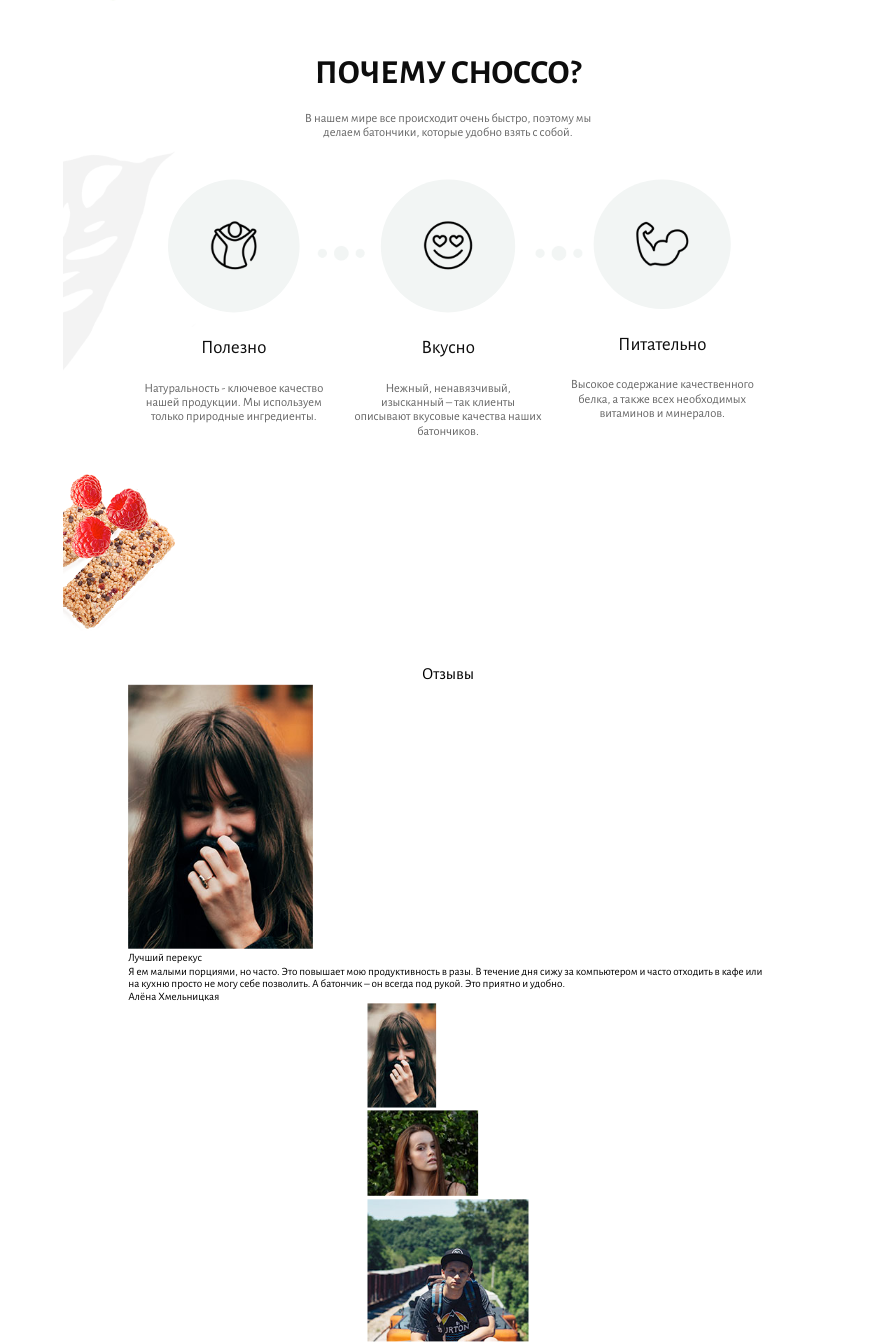
Repository: JohnnyBravo85/LoftSchool-CHOCCO
Page: index.html
The author's editor kept a copy of each file at every save. The page is drawn from the files as they stood at one save, then again after the next save.
The browser window is 1280 px wide. The pictures show the part of the page from y = 726 to 2646 px (the page is 2646 px tall before and 2622 px after), at 70% of full size.
The style sheet was rebuilt from its Sass, Less or Tailwind sources for each picture, by a compiler version that may differ from the author's.

Above is the page before, as saved 2019-05-04 20:07:03.

After the next save:
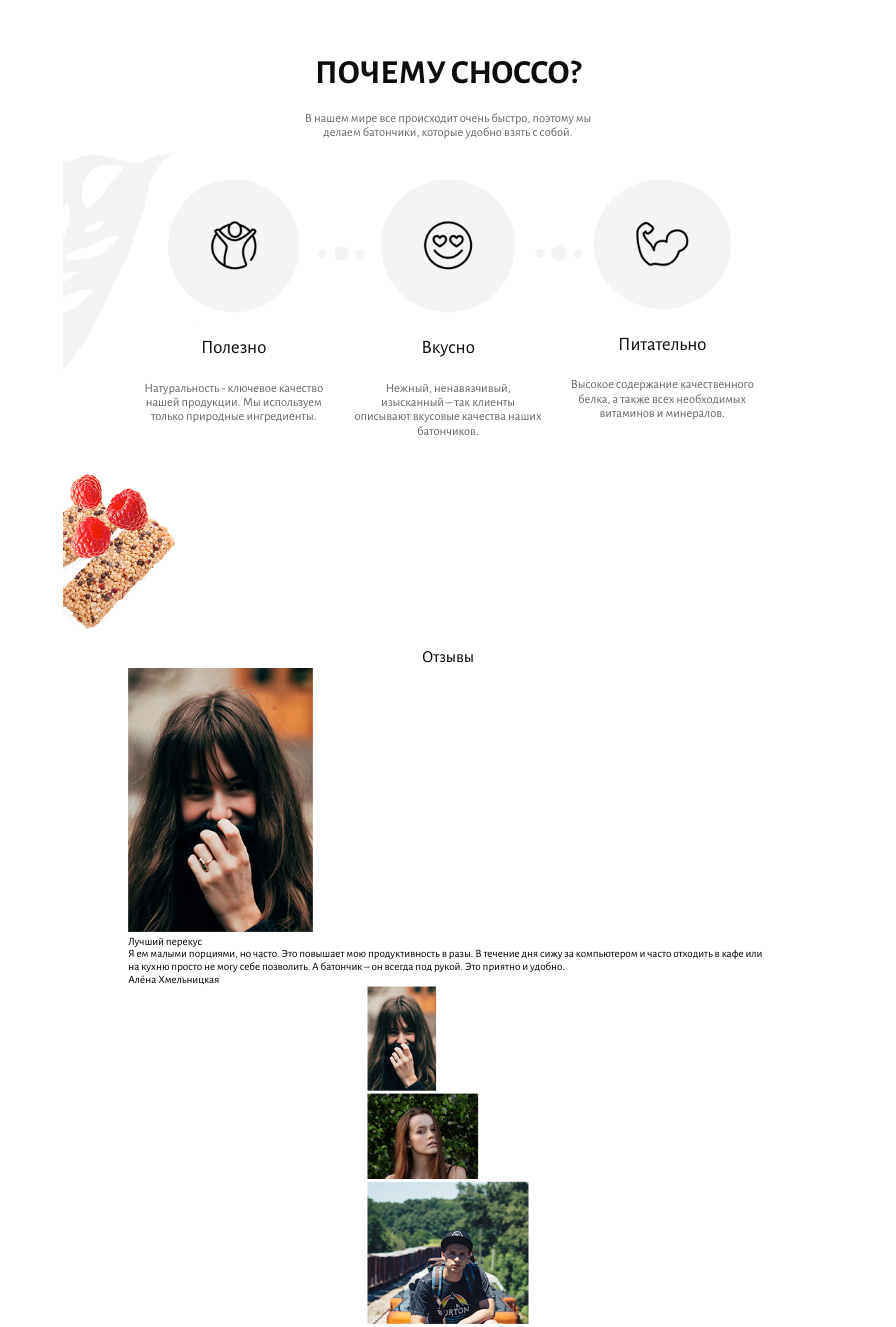
Saved 2 min 4 s later.
--- a/css/layout/_reviews.scss
+++ b/css/layout/_reviews.scss
@@ -1,4 +1,4 @@
 .reviews__container {
-  padding-top: 13.09%;
+  padding-top: 11.19%;
   align-items: center;
 }
